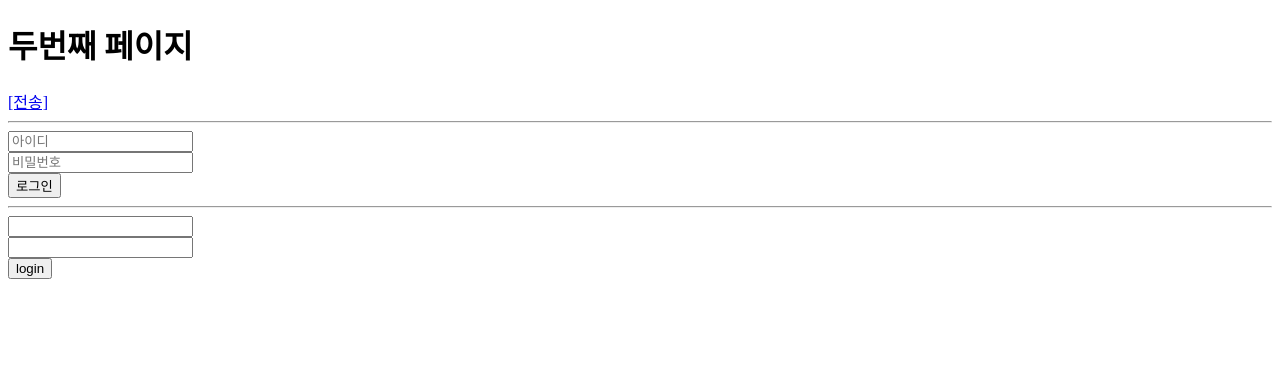
Repository: vvwvvwwvvw/sts-3
Page: http://localhost/spring-jsp01/mavCase
The author's editor kept a copy of each file at every save. The page is drawn from the files as they stood at one save, then again after the next save.
The browser window is 1280 px wide. The pictures show the whole page.
The page is served by Tomcat 9.

Above is the page before, as saved 2024-02-02 06:16:55.

After the next save:
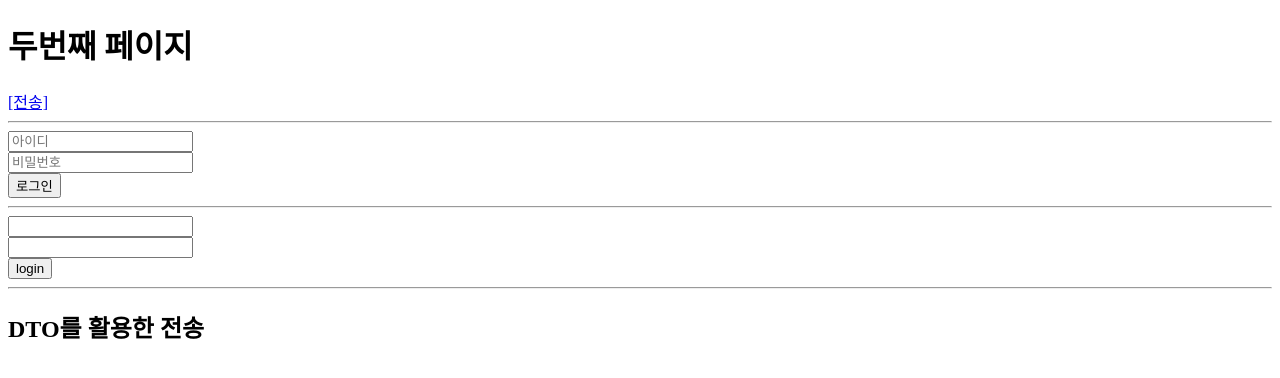
Saved 98 s later.
--- a/spring-jsp01/src/main/webapp/WEB-INF/views/modelAndView.jsp
+++ b/spring-jsp01/src/main/webapp/WEB-INF/views/modelAndView.jsp
@@ -22,6 +22,10 @@
 <input type="text" id="id_in"><br>
 <input type="password" id="pw_in"><br>
 <button id= "lbtn">login</button>
+<hr>
+
+<h2>DTO를 활용한 전송</h2>
+
 </body>
 <script type="text/javascript">
 const idinput = document.querySelector("#id_in");
